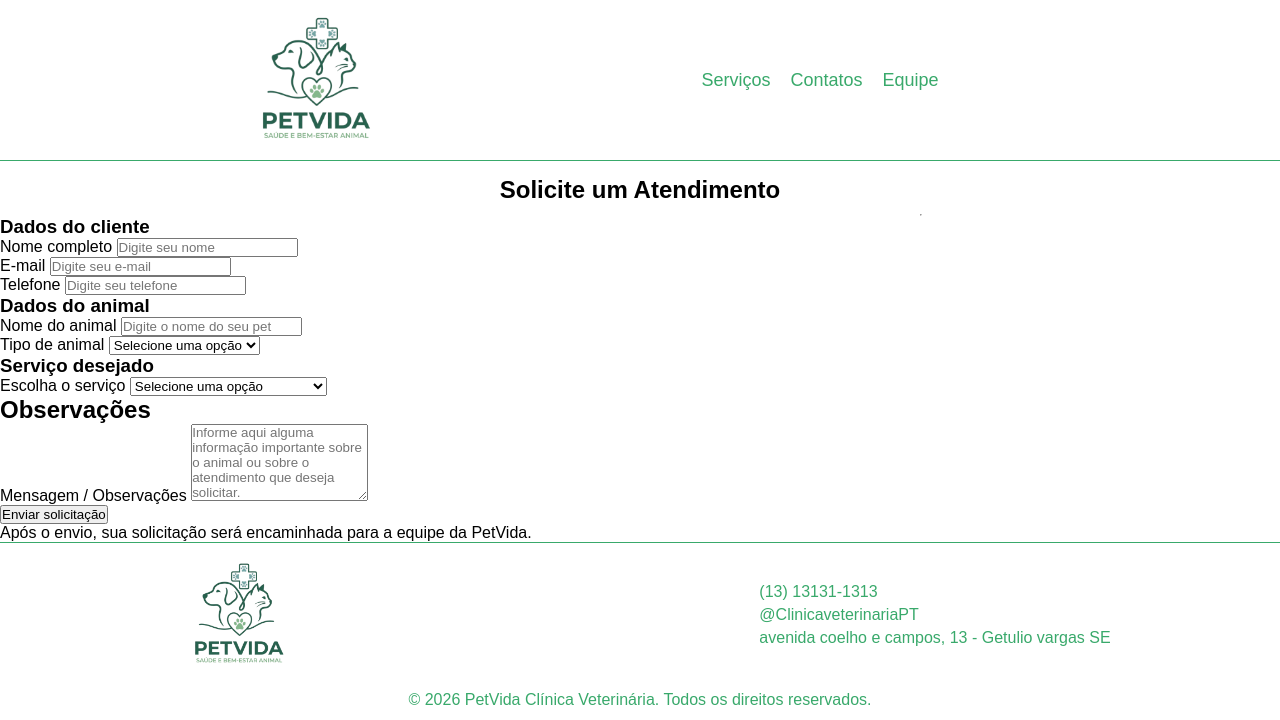
Repository: antonymsantana-design/Veterinario
Page: contatos.html
The author's editor kept a copy of each file at every save. The page is drawn from the files as they stood at one save, then again after a run of saves.
The browser window is 1280 px wide. The pictures show the whole page.

Above is the page before, as saved 2026-10-03 18:52:31.

### contatos.html
<!doctype html>
<html lang="pt-br">
  <head>
    <meta charset="UTF-8" />
    <meta name="viewport" content="width=device-width, initial-scale=1.0" />
    <title>Cebola Hair</title>
    <link rel="stylesheet" href="style.css" />
    <script src="script3.js" defer></script>
  </head>
  <header>
    <div class="conteudoH" id="conteudoH">
      <div class="imagem" id="imagem">
        <img src="image/logo.png" alt="logo" class="logoIMG" id="logoIMG" />
      </div>
      <div class="direitaH">
        <div class="links" id="links">
          <a href="serviços.html" class="aLinks" id="servA">Serviços</a>
          <a href="CONTATOS.HTML" class="aLinks" id="contatosA">Contatos</a>
          <a href="Team.html" class="aLinks" id="contatosA">Equipe</a>
        </div>
      </div>
    </div>
  </header>

  <body>
    <h2 class="Our" id="servicosT">Solicite um Atendimento</h2>
    <hr />


    <form
      action="https://formsubmit.co/antony.m.santana@aluno.senai.br"
      method="POST"
    >
      <input type="hidden" name="_subject" value="Nova solicitação - PetVida" />
      <input type="hidden" name="_template" value="table" />



      <h3>Dados do cliente</h3>

      <div class="campo">
        <label for="nome">Nome completo</label>
        <input
          type="text"
          name="nome"
          id="nome"
          placeholder="Digite seu nome"
          required
        />
      </div>

      <div class="campo">
        <label for="email">E-mail</label>
        <input
          type="email"
          name="email"
          id="email"
          placeholder="Digite seu e-mail"
          required
        />
      </div>

      <div class="campo">
        <label for="telefone">Telefone</label>
        <input
          type="tel"
          name="telefone"
          id="telefone"
          placeholder="Digite seu telefone"
          required
        />
      </div>



      <h3>Dados do animal</h3>

      <div class="campo">
        <label for="animal">Nome do animal</label>
        <input
          type="text"
          name="animal"
          id="animal"
          placeholder="Digite o nome do seu pet"
          required
        />
      </div>

      <div class="campo">
        <label for="tipo">Tipo de animal</label>

        <select name="tipo_animal" id="tipo" required>
          <option value="">Selecione uma opção</option>
          <option value="Cachorro">Cachorro</option>
          <option value="Gato">Gato</option>
          <option value="Outro">Outro</option>
        </select>
      </div>



      <h3>Serviço desejado</h3>

      <div class="campo">
        <label for="servico">Escolha o serviço</label>

        <select name="servico" id="servico" required>
          <option value="">Selecione uma opção</option>
          <option value="Consulta veterinária">Consulta veterinária</option>
          <option value="Vacinação">Vacinação</option>
          <option value="Banho e tosa">Banho e tosa</option>
          <option value="Exames laboratoriais">Exames laboratoriais</option>
          <option value="Atendimento de emergência">
            Atendimento de emergência
          </option>
          <option value="Acompanhamento veterinário">
            Acompanhamento veterinário
          </option>
        </select>
      </div>



      <h2>Observações</h2>

      <div class="campo">
        <label for="mensagem">Mensagem / Observações</label>

        <textarea
          name="mensagem"
          id="mensagem"
          rows="5"
          placeholder="Informe aqui alguma informação importante sobre o animal ou sobre o atendimento que deseja solicitar."
        ></textarea>
      </div>



      <input
        type="hidden"
        name="_next"
        value="http://127.0.0.1:5500/sucsses.html"
      />



      <button type="submit" class="buto">Enviar solicitação</button>

      <p class="texto-form">
        Após o envio, sua solicitação será encaminhada para a equipe da PetVida.
      </p>
    </form>

  </body>
  <footer id="footer">
    <div class="cimaF">
      <div class="direita">
        <img src="image/logo.png" alt="logo" class="logoIMGF" id="logoIMG" />
      </div>

      <div class="esquerda">
        <p>(13) 13131-1313</p>
        <p>@ClinicaveterinariaPT</p>
        <p>avenida coelho e campos, 13 - Getulio vargas SE</p>
      </div>
    </div>
    <div class="baixoF">
      <p>© 2026 PetVida Clínica Veterinária. Todos os direitos reservados.</p>
    </div>
  </footer>
</html>

### style.css
* {
    padding: 0px;
    margin: 0px;
    font-family: Arial, Helvetica, sans-serif;
}

header {
    background-color: #FFFFFF;
    height: 160px;
    display: flex;
    justify-content: center;
    align-items: center;
    border-bottom: 1px solid #39A96B;
}

.conteudoH {
    display: flex;
    justify-content: center;
    align-items: center;
    gap: 300px;
}

.imagem {
    margin-left: 20px;
    margin-top: 5px;
    display: flex;
    justify-content: center;
    align-items: center;
    gap: 30px;
    font-weight: 600;
    font-size: 22px;
}

.logoIMG {
    width: 170px;
    margin-bottom: 10px;
    cursor: pointer;
}

.logoH {
    color: white;

}

.links {
    display: flex;
    gap: 20px;
    justify-content: center;
    padding-right: 130px;
    font-size: 18px;
}

.links a {
    text-decoration: none;
    color: #39A96B;
    transition: 0.5s ease;
}

.aLinks:hover {
    transform: translateY(-5px);
    box-shadow: 0 4px 10px rgba(0, 0, 0, 0.15);
    background-color: #39A96B;
    color: #F5F5F5;
    border-radius: 5px;
    width: 120px;
    height: 30px;
    display: flex;
    justify-content: center;
    align-items: center;
}

.btnDiv {
    display: flex;
}

.btn {
    display: flex;
    justify-content: center;
    width: 140px;
    height: 50px;
    background-color: #22C55E;
    border: none;
    color: white;
    align-items: center;
    border-radius: 8px;
    transition: 0.3s ease;
    cursor: pointer;
    font-size: 14px;
}

.btn:hover {
    transform: translateY(-5px);
    box-shadow: 0 8px 15px rgba(0, 0, 0, 0.4);
}

.direitaH {
    display: flex;
    justify-content: center;
    align-items: center;
}

.conteudo {
    background-image: url(image/Cuidando\ de\ Quem\ Amamos.png);
    background-repeat: no-repeat;
    background-size: cover;
    background-position: center;
    height: 80vh;
    color: white;
}

.card {
    background-color: #FDEEC7;
    width: 270px;
    height: 220px;
    display: flex;
    flex-direction: column;
    justify-content: center;
    align-items: center;
    border-radius: 5px;
}

.cards {
    display: flex;
    justify-content: center;
    gap: 40px;
    padding-top: 20px;
    padding-bottom: 20px;
}

.card h4 {
    color: #22C55E;
}

.icone {
    width: 120px;
    height: 120px;
    padding-bottom: 10px;
}

.Our {
    padding-top: 15px;
    text-align: center;
    padding-bottom: 10px;
}

hr {
    color: #22C55E;
    text-align: center;
    margin-left: 920px;
    margin-right: 920px;
}

.agendar {
    display: flex;
    justify-content: space-around;
    align-items: center;
    padding-bottom: 20px;
}

.form {
    background-color: #ECF2F7;
    width: 600px;
    height: 300px;
    border-radius: 7px;
    display: flex;
    justify-content: center;
    flex-direction: column;
}

.formCima {
    padding-top: 20px;
    display: flex;
    justify-content: center;
    align-items: center;
    flex-direction: column;
}

.quadrado {
    display: grid;
    justify-content: center;
    grid-template-columns: repeat(2, 200px);
    gap: 30px;
    column-gap: 70px;
    margin-right: 40px;
}

.esq {
    font-size: 25px;
}

footer {
    display: flex;
    justify-content: center;
    align-items: center;
    flex-direction: column;
    background-color: #FFFFFF;
    color: #39A96B;
    border-top: 1px solid #39A96B;
}

.AbH2 {
    padding-left: 20px;
    padding-right: 20px;
    padding-bottom: 10px;
    padding-top: 10px;
    text-align: center;
}

.AbH3 {
    padding-left: 20px;
    padding-right: 20px;
    padding-bottom: 10px;
    padding-top: 10px;
    text-align: center;
    margin-left: 425px;
    margin-right: 425px;
}

.topc {
    display: flex;
    justify-content: center;
    align-items: center;
    flex-direction: column;
    text-align: center;
    max-width: 350px;
}

.topics {
    display: flex;
    justify-content: center;
    gap: 100px;
    padding-bottom: 25px;
}

.topcIMG {
    width: 290px;
    height: 260px;
    border-radius: 25px;
    cursor: pointer;
    padding-bottom: 10px;
    padding-top: 10px;
}

.topcH {
    padding-bottom: 10px;
}

.cimaF {
    display: flex;
    justify-content: center;
    gap: 450px;
    align-items: center;
    margin-bottom: 4px;
}

.logoIMGF {
    width: 140px;
    cursor: pointer;
}

.esquerda {
    display: flex;
    flex-direction: column;
    gap: 5px;
}

.formu {
    width: 240px;
    height: 30px;
    border-radius: 5px;
    border: none;
}

.forms {
    width: 500px;
    height: 30px;
    border-radius: 5px;
    border: none;
}

.agendarbtn {
    display: flex;
    justify-content: center;
    align-items: center;
    width: 512px;
    height: 40px;
    background-color: #22C55E;
    border: none;
    color: white;
    border-radius: 8px;
    transition: 0.3s ease;
    cursor: pointer;
    margin-top: 15px;
}

.agendarbtn:hover {
    transform: translateY(-5px);
}

.btnAgendar {
    display: flex;
    justify-content: center;
    align-items: center;
}

/*pagina de serviços*/

.primeiro{
    background-color: #F0F9F4;
    width: 300px;
    padding-bottom: 13px;
    margin-left: 20px;
    text-align: center;
    padding-top: 13px;
    flex-wrap: wrap;
    border-radius: 15px;
}

.cards{
    display: grid;
    justify-content: center;
    grid-template-columns: repeat(3, 400px);
    gap: 50px;
    padding-bottom: 15px;

}
.cards .primeiro img{
    width: 250px;
    height: 250px;
    border-radius: 15px;
}
h1{
    text-align: center;
    margin-top: 20px;
    margin-bottom: 20px;
}
.texto{

    color: #3C2415;
}
.preco{
    color: #e4c8a4;
}


/* celular */

@media (max-width: 768px) {

    /* header */
    header {
        height: auto;
        padding: 10px 0;
    }

    .conteudoH {
        flex-direction: column;
        padding-right: 0;
        gap: 15px;
    }

    .imagem {
        margin-left: 0;
        margin-top: 0;
        gap: 10px;
    }

    .logoIMG {
        width: 80px;
        height: 80px;
    }

    .logoH {
        font-size: 20px;
    }

    .direitaH {
        flex-direction: column;
        gap: 15px;
    }

    .links {
        padding-right: 0;
        font-size: 16px;
    }


    .conteudo {
        height: 400px;
    }

    .texto {
        padding-left: 25px;
        padding-right: 25px;
        height: 400px;
        font-size: 25px;
    }

    .texto small {
        font-size: 14px;
    }


    .Our {
        font-size: 25px;
    }

    hr {
        margin-left: 30%;
        margin-right: 30%;
    }

    .cards {
        flex-direction: column;
        align-items: center;
        gap: 20px;
    }

    .card {
        width: 80%;
        max-width: 270px;
    }


    .agendar {
        flex-direction: column;
        gap: 30px;
        padding: 30px 20px;
    }

    .esq {
        font-size: 18px;
        text-align: center;
    }

    .esq h1 {
        font-size: 28px;
    }

    .esq p {
        font-size: 15px;
    }

    .form {
        width: 100%;
        max-width: 600px;
        height: auto;
        padding: 20px 0;
    }

    .forms {
        width: 80%;
    }

    .quadrado {
        grid-template-columns: 1fr;
        gap: 15px;
        margin-right: 0;
    }

    .formu {
        width: 80%;
    }

    .quadrado>div {
        width: 100%;
        text-align: center;
    }

    .quadrado label {
        display: block;
        margin-bottom: 5px;
    }

    .agendarbtn {
        width: 80%;
    }


    footer {
        flex-direction: column;
        gap: 20px;
        padding: 20px;
        text-align: center;
    }

    .esquerda {
        align-items: center;
    }
}

Loaded but not shown: script3.js (no stored copy; drawn as an empty file)

After the next 2 saves:
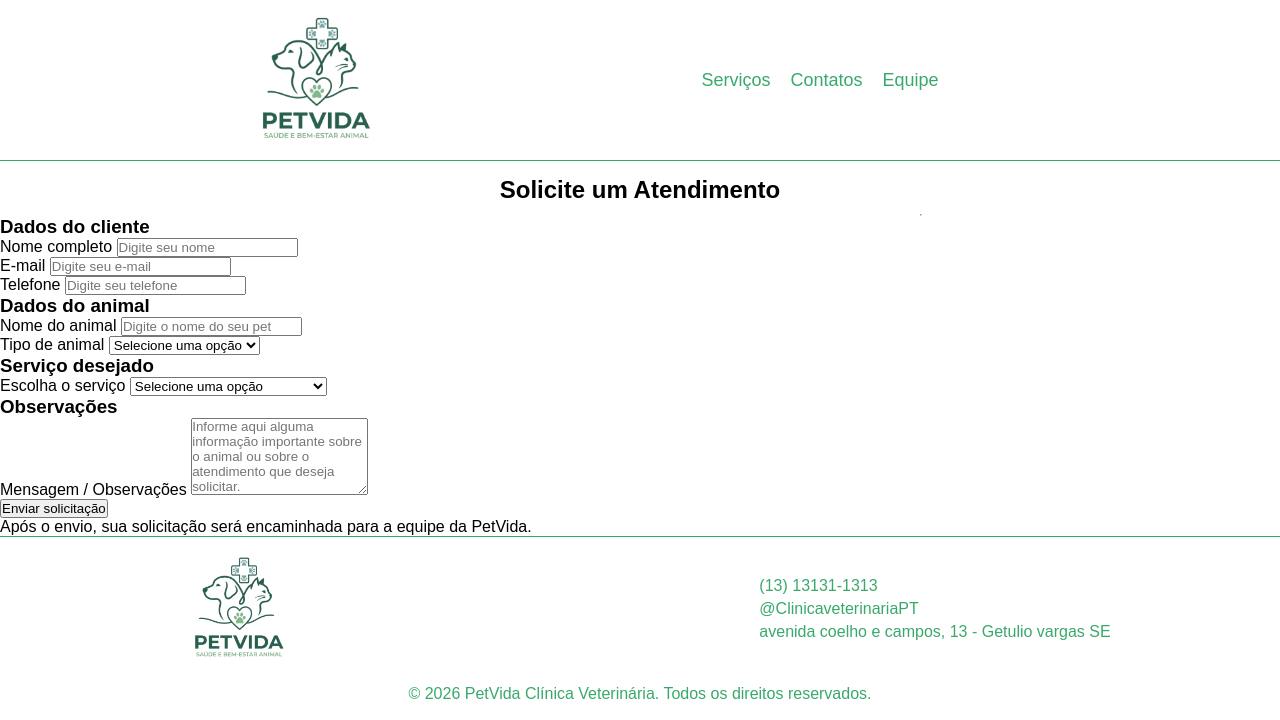
The 2 saves are shown as one change because they came seconds apart.
The last was saved 6 s later.
--- a/contatos.html
+++ b/contatos.html
@@ -121,7 +121,7 @@
 
 
 
-      <h2>Observações</h2>
+      <h3>Observações</h3>
 
       <div class="campo">
         <label for="mensagem">Mensagem / Observações</label>
